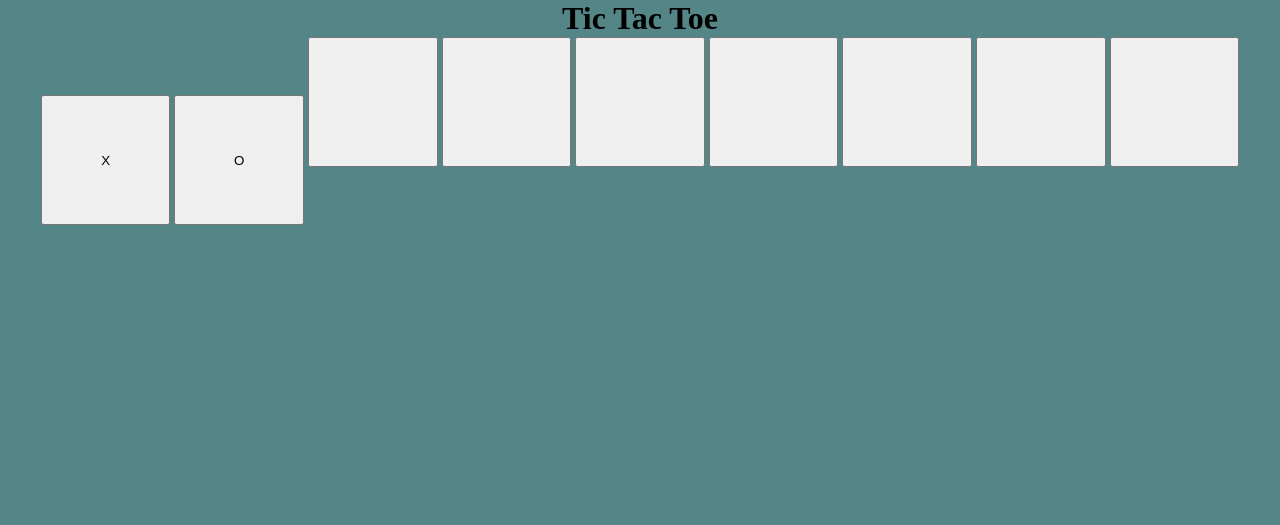
Repository: pankaj-shaw05/Tic-Tac-Toe
Page: index.html
These files come from the project's save history. The page is drawn as it stood at one moment and after the next save; the edit follows.
The browser window is 1280 px wide. The pictures show the whole page.

Above is the page before, as saved 2026-04-07 08:11:12.

After the next save:
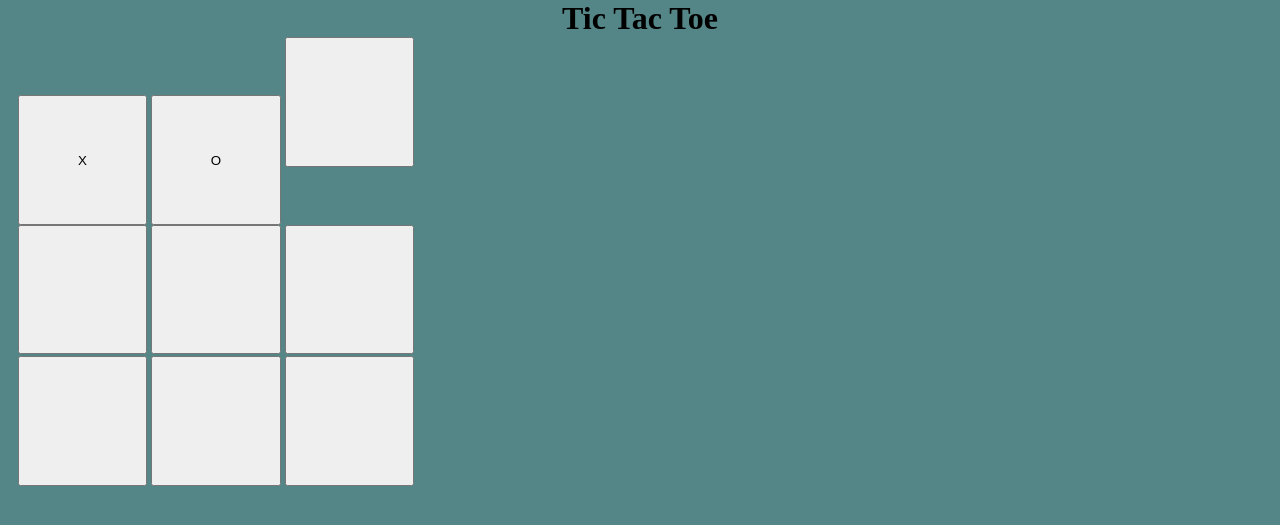
Saved 38 s later.
--- a/style.css
+++ b/style.css
@@ -15,6 +15,7 @@
 
 .game {
     height: 60vmin;
+    width: 60vmin;
 }
 
 .box {
